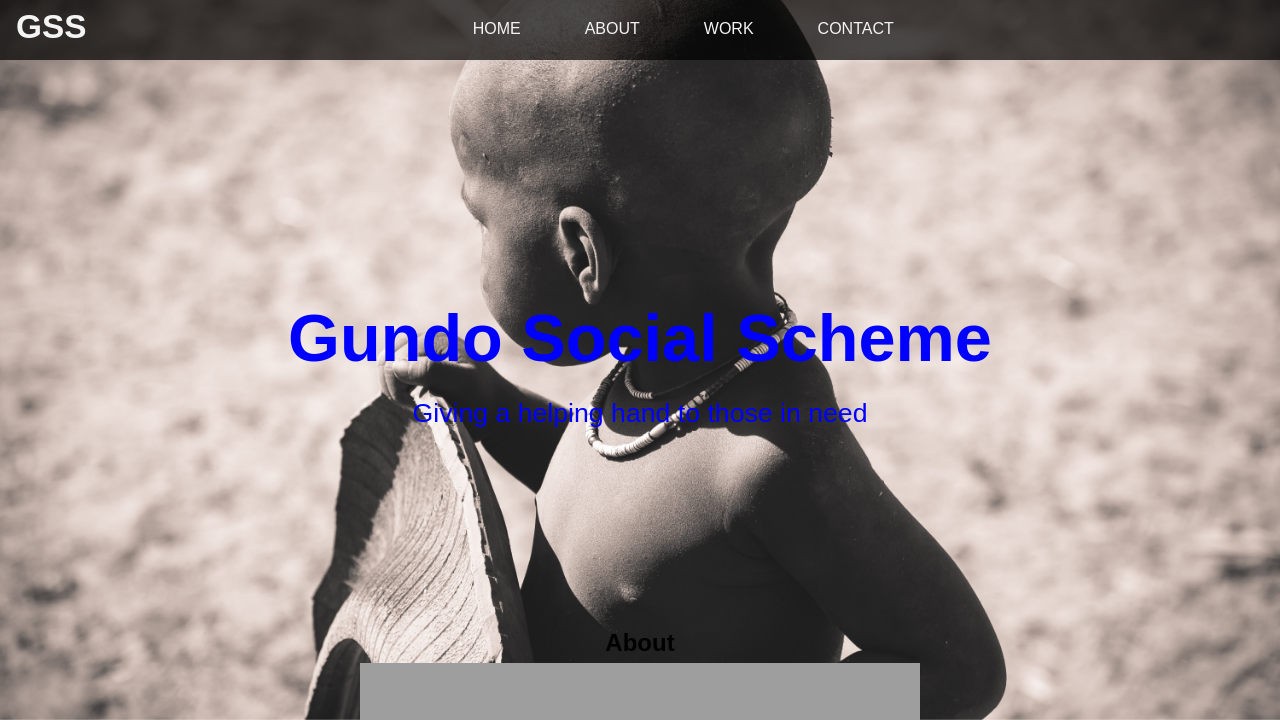
Repository: blessingNtoko/gss-basic_website
Page: index.html
These files come from the project's save history. The page is drawn as it stood at one moment and after the next save; the edit follows.
The browser window is 1280 px wide. The pictures show the whole page.
Pictures or frames that could not be fetched are drawn as grey boxes. An inner scrolling area shows only its first screen.

Above is the page before, as saved 2020-05-13 00:01:39.

After the next save:
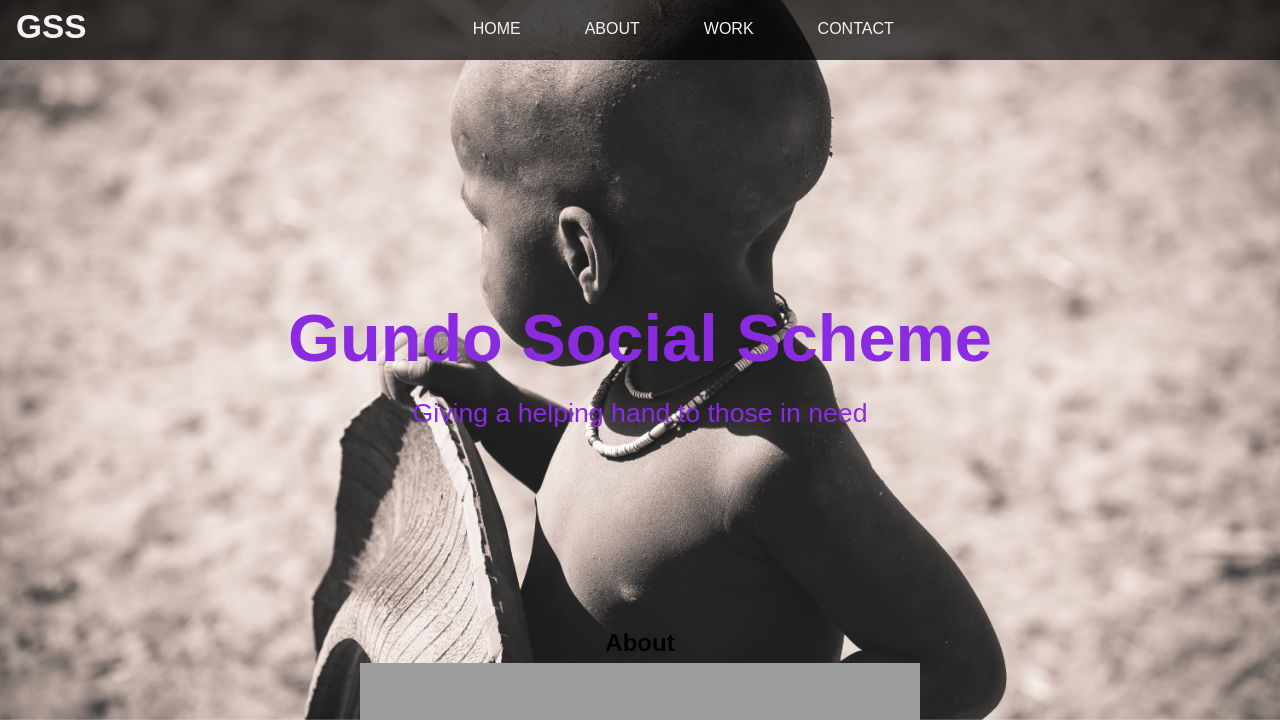
Saved 4 s later.
--- a/style.css
+++ b/style.css
@@ -84,7 +84,7 @@ section {
     background-repeat: no-repeat;
     background-size: cover;
     background-attachment: fixed;
-    color: blue;
+    color: blueviolet;
 }
 
 #home h1 {
